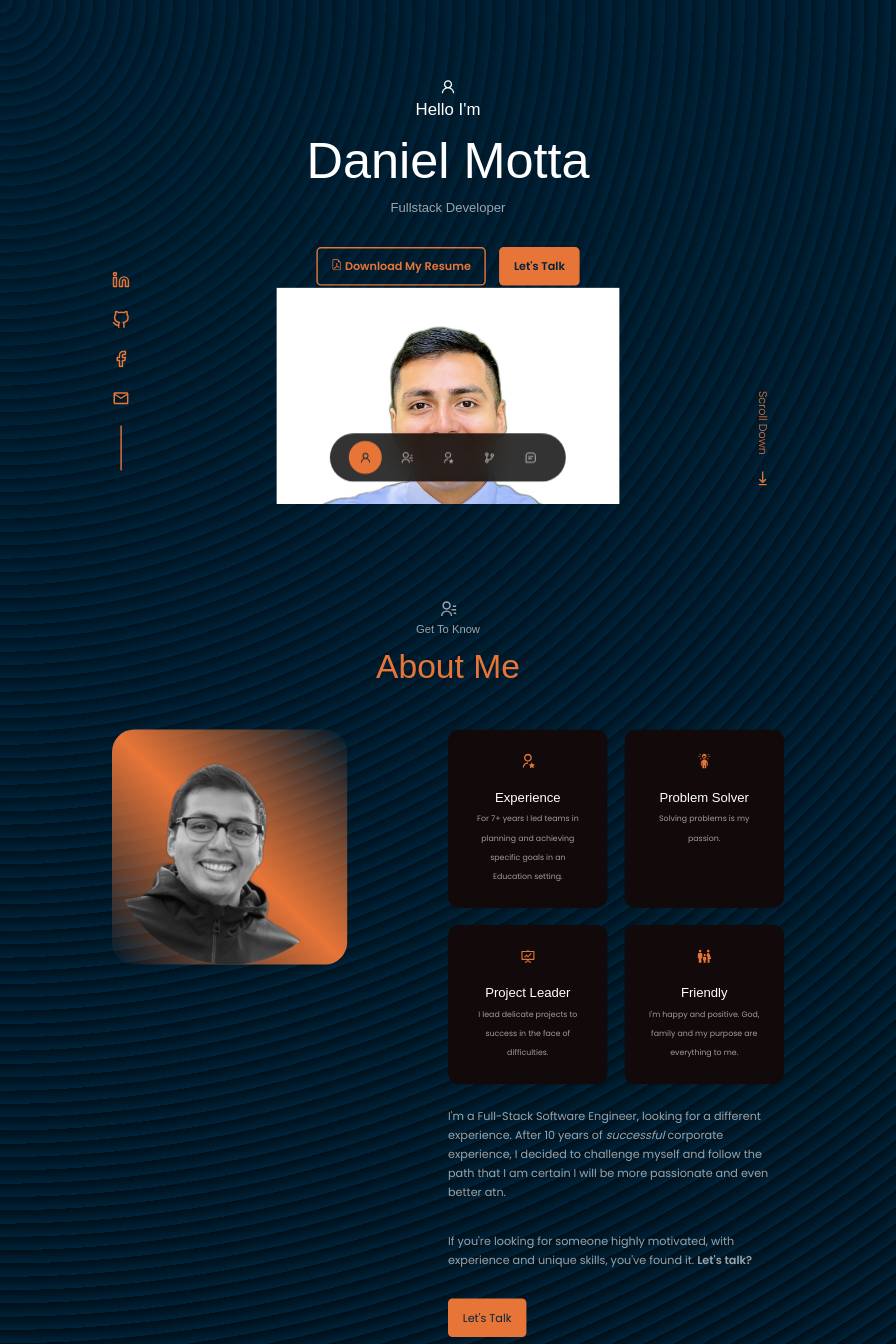
Repository: mottad14/dani_portfolio
Page: /
These files come from the project's save history. The page is drawn as it stood at one moment and after the next save; the edit follows.
The browser window is 1280 px wide. The pictures show the part of the page from y = 0 to 1920 px (the page is 5447 px tall before and 5385 px after), at 70% of full size.
Some web fonts or font styles are not loaded; a fallback is used. The project was rebuilt for these pictures with package versions that can differ from the ones it lists, and the page was loaded fresh each time. Also part of the build but not shown: src/components/services/services.css, src/components/services/Services.jsx, src/components/testimonials/testimonials.css. Imported but missing from the stored project, and not drawn on this page: src/components/assets/cv.pdf.

Above is the page before, as saved 2022-08-17 14:37:02.

After the next save:
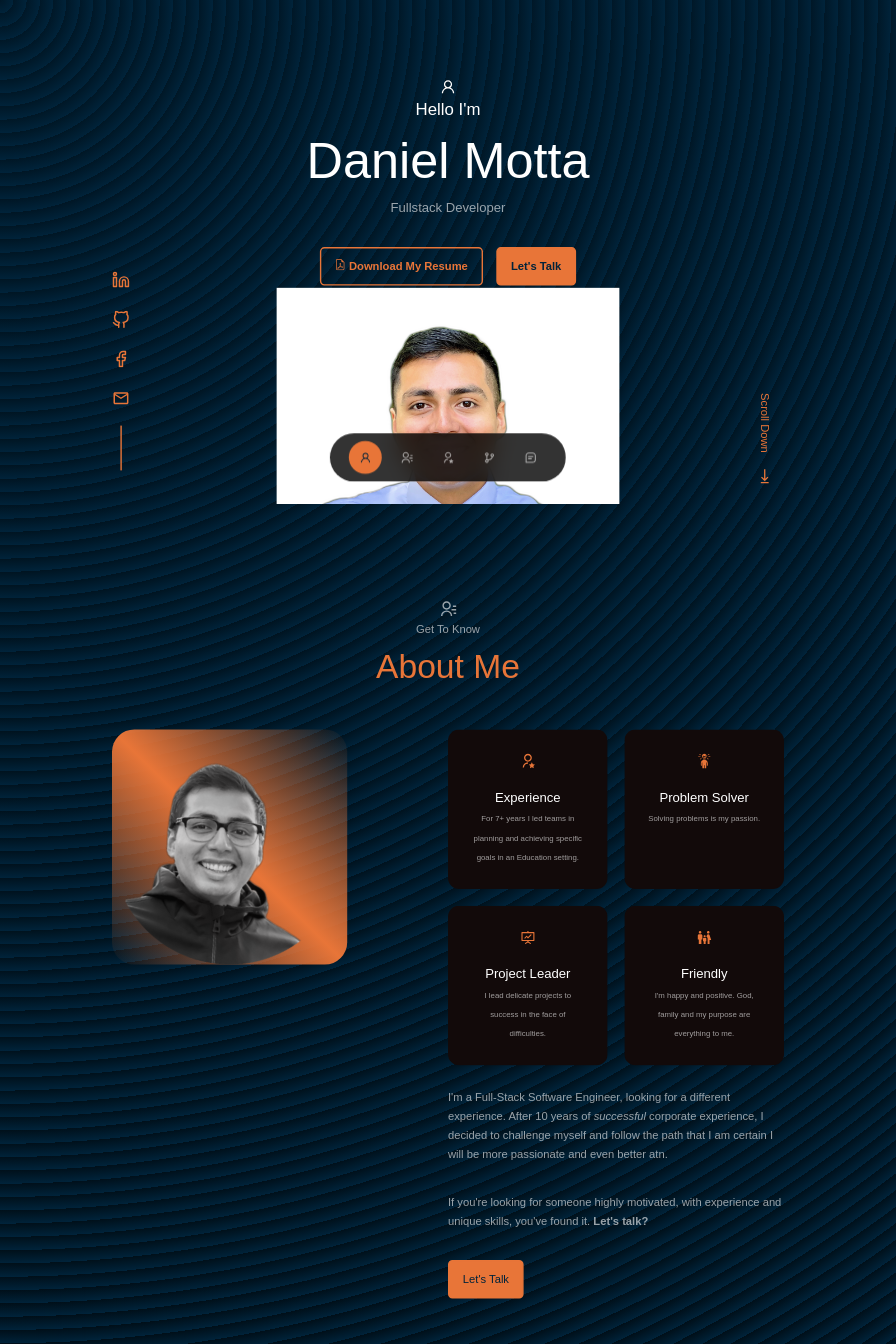
Saved 3 min 30 s later.
--- a/src/index.css
+++ b/src/index.css
@@ -1,15 +1,6 @@
-@import url("https://fonts.googleapis.com/css2?family=Poppins:wght@300;400;500;600&display=swap");
-
-@font-face {
-  font-family: 'gumelaregular';
-  src: url('fonts/gumela-regular-webfont.woff2') format('woff2'),
-    url('fonts/gumela-regular-webfont.woff') format('woff');
-  font-weight: normal;
-  font-style: normal;
-
-}
 
 * {
+  font-family: 'Cairo', sans-serif;
   margin: 0;
   padding: 0;
   border: 0;
